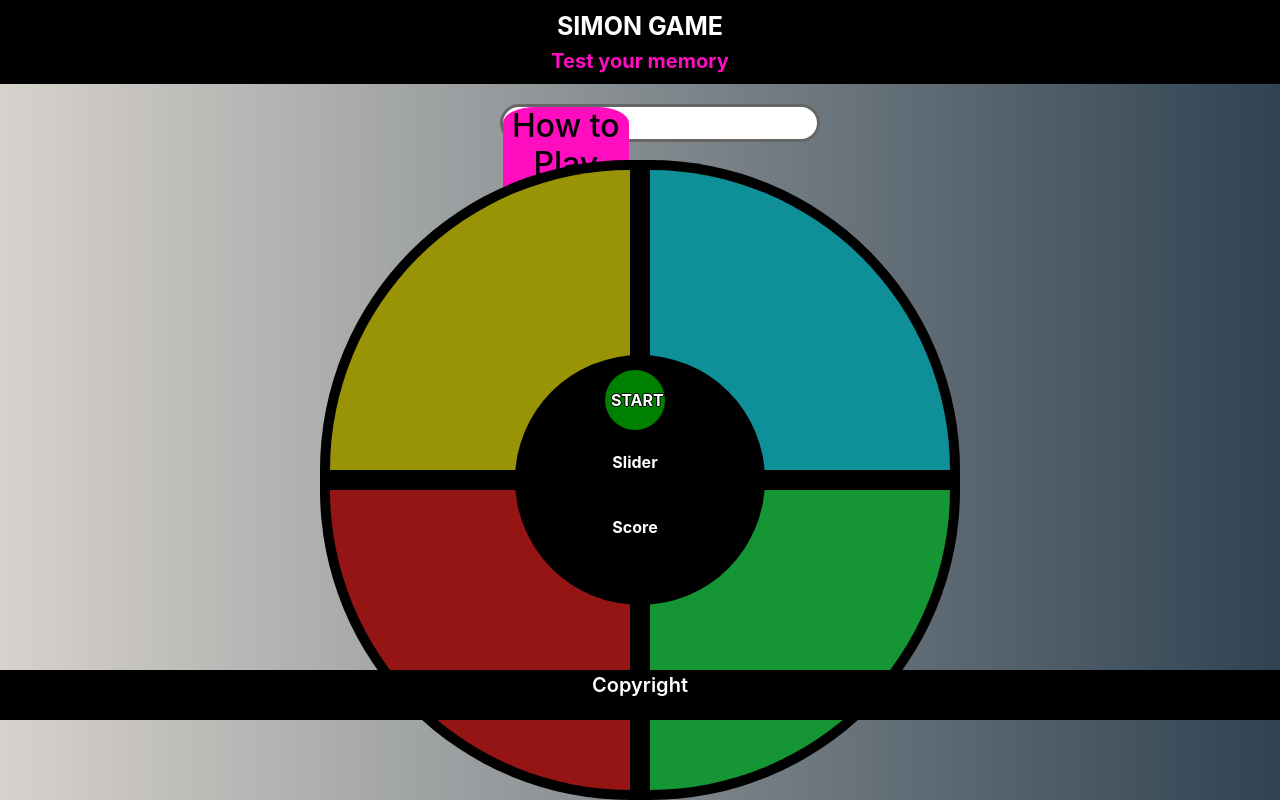
Repository: murphya14/Simon-game
Page: index.html
The author's editor kept a record of every edit. The page is drawn from the files as they stood at one moment, then again after the next edit.
The browser window is 1280 px wide. The pictures show the whole page.
After loading, the first visible `#how-to` was clicked once.

Above is the page before.

### index.html
<!DOCTYPE html>
<html lang="en">

<head>
    <meta charset="UTF-8">
    <meta name="viewport" content="width=device-width, initial-scale=1, shrink-to-fit=no">
    <meta http-equiv="X-UA-Compatible" content="ie=edge">
    <meta charset="UTF-8">

    <meta name="description" content="Simon Memory Game">
    <meta name="keywords" content="Simon Memory, Memory Game, Game, Puzzle, Fun, Challenge">
    <meta name="author" content="Aisling Murphy">
    <link rel="stylesheet" href="assets/css/style.css" type="text/css" />
    <link href="/YOUR_PATH/favicon.ico" rel="icon" type="image/x-icon" />
    <link rel="stylesheet" href=" https://stackpath.bootstrapcdn.com/font-awesome/4.7.0/css/font-awesome.min.css" type="text/css" />
    <link href="https://fonts.googleapis.com/css?family=Orbitron&display=swap" rel="stylesheet">
    <link href="https://fonts.googleapis.com/css?family=Shojumaru&effect=3d rel='stylesheet' type='text/css">
    <link rel="stylesheet" href="https://stackpath.bootstrapcdn.com/bootstrap/4.3.1/css/bootstrap.min.css" integrity="sha384-ggOyR0iXCbMQv3Xipma34MD+dH/1fQ784/j6cY/iJTQUOhcWr7x9JvoRxT2MZw1T" crossorigin="anonymous">
    <link href="data:[embedded picture, 1901 characters]"
        rel="icon" type="image/x-icon" />
    <title>Simon Game</title>


</head>

<body>
    <header>
        <nav class="navbar navbar-expand-lg flex-column container-fluid">
            <div="row">
                <div class="col-12 header">Simon Game</div>
                </div>
                <div class="row">
                    <div class="col-12 sub-heading">Test your memory</div>
                </div>
    </header>
    </nav>

<div class="wrapper">
    <div class="container flex-column">

        <div class="row">
            <div class="col center">
                <!---Aided by https://www.pair.com/support/kb/how-to-use-jquery-to-generate-modal-pop-up-when-clicked/--->

                <div class="how-to popup-overlay">
                    <!--Creates the popup content-->
                    <div id="how-to-p" class="popup-content">
                        <h2>How to Play</h2>
                        <p> This is an example pop-up that you can make using jQuery. lorem ipsum keyboard shortcuts. Select how much text you want from the menu item in Edit->Text->Lorem Ipsum or in the right click menu in Lorem Ipsum. Press the shortcut
                            key (Alt+Shift+L) to add Lorem Ipsum text. Keep pressing to add more.</p>
                        <!--popup's close button-->
                        <button class="close">Close</button>
                    </div>
                </div>
                <!--Content shown when popup is not displayed-->

                <button id="how-to" class="open how-to">How to play</button>
            </div>
        </div>
    </div>

        <!---Help from https://www.danpurdy.co.uk/tutorial/simon-says-game-in-jquery-tutorial/-->

        <div class="row">
            <div class="col">
                <div class="background-circle">
                    <div class="pad one" id="1">
                        <audio preload="auto" class="sound1" data-pad="1">
                  <source src="sounds/mp3/sounds_01.mp3" type="audio/mpeg"/>
               </audio>
                    </div>
                    <div class="pad two" id="2">
                        <audio preload="auto" class="sound2" data-pad="2">
          <source src="sounds/mp3/sounds_02.mp3" type="audio/mpeg"/>
                 </audio>
                    </div>
                    <div class="pad three" id="3">
                        <audio preload="auto" class="sound3" data-pad="3">
                <source src="sounds/mp3/sounds_03.mp3" type="audio/mpeg"/>

                </audio>
                    </div>
                    <div class="pad four" id="4">
                        <audio preload="auto" class="sound4" data-pad="4">
                  <source src="sounds/mp3/sounds_04.mp3" type="audio/mpeg"/>
                </audio>
                    </div>

                    <div class="circle">

                    <button class="center start-button" id="start">Start</button>

                    <div id="slider">Slider</div>

                    <div id="score">Score</div>

                    </div>



                </div>

            </div>

        </div>
 </div>
        <footer class="footer flex-column">
            <p class="col"> Copyright </p>
        </footer>

        <script src="https://code.jquery.com/jquery-3.3.1.slim.min.js" integrity="sha384-q8i/X+965DzO0rT7abK41JStQIAqVgRVzpbzo5smXKp4YfRvH+8abtTE1Pi6jizo" crossorigin="anonymous"></script>
        <script src="https://ajax.googleapis.com/ajax/libs/jquery/3.3.1/jquery.min.js"></script>
        <script src="https://cdnjs.cloudflare.com/ajax/libs/popper.js/1.14.7/umd/popper.min.js" integrity="sha384-UO2eT0CpHqdSJQ6hJty5KVphtPhzWj9WO1clHTMGa3JDZwrnQq4sF86dIHNDz0W1" crossorigin="anonymous"></script>
        <script src="https://stackpath.bootstrapcdn.com/bootstrap/4.3.1/js/bootstrap.min.js" integrity="sha384-JjSmVgyd0p3pXB1rRibZUAYoIIy6OrQ6VrjIEaFf/nJGzIxFDsf4x0xIM+B07jRM" crossorigin="anonymous"></script>
        <script type="text/javascript" src="assets/js/make.js"></script>
</body>

</html>

### assets/css/style.css
@import url('https://fonts.googleapis.com/css?family=Orbitron&display=swap');


body {
background-image: linear-gradient(to right, #d7d2cc 0%, #304352 100%);
/*background sourced from https://webgradients.com/*/
    height: 100%;
    font-family: 'Orbitron', sans-serif;
    font-size: 20px;
    text-align: center;
    position: relative;
    width: 100%;
    margin: auto;
}

.wrapper {
    position: relative;
    width: 640px;
    margin: 0 auto;

}




.center {
    text-align: center;
    ;
}

/*Nav/header styling*/

.navbar {background-color: black;
    color: white;
    font-weight: 700;
}

.header {
    position: fixed;
    font-size: 25px;
    text-transform: uppercase;

    text-align: center;

}

.sub-heading {
    position: fixed;
    font-size:20px;
    text-align: center;
    color: #ff0dbf;
}


/*Shapes*/

.circle {
    position: absolute;
    top: 195px;
    left: 195px;
    width: 250px;
    height: 250px;
    background: #000;
    border-radius: 125px;
    z-index: 10;
}

.background-circle {
    position: absolute;
    top: 0px;
    width: 640px;
    height: 640px;
    z-index: 0;
    background-color: black;
    border-radius: 310px;
}


.pad {

    width: 300px;
    height: 300px;
    float: left;
    z-index: 1;
    margin: 10px;
    -ms-filter: "progid:DXImageTransform.Microsoft.Alpha(Opacity=60)";
    filter: alpha(opacity=60);
    opacity: 0.6;
    /*Will be linked in JS to change*/
}



.one {
    border-top-left-radius: 300px;
    background-color: #FFF70B;
}

.two {
    float: left;
    border-top-right-radius: 300px;
    background-color: #19F0FF;
    clear: right;
}

.three {
    float: left;
    border-bottom-left-radius: 300px;
    background-color: #F92323;
    clear: left;
}

.four {
    float: left;
    border-bottom-right-radius: 300px;
    background-color: #23F955;

}

/*Buttons*/

/*Styling for modul button*/

.how-to {
    color: #0b0b0d;
    border: 5px solid #ff0dbf;
    background-color: #daddeb;
    font-weight: 600;
    border-radius: 25px;

    margin: 20px;
    text-align: center;
    cursor: pointer;
}

.how-to:hover {
    background-color: #ff0dbf;
    color: white;
    font-weight: 700;
}

#how-to-p {
    Background-color: #ff0dbf;
    border-radius: 2em 2em 2em 2em / 1em 1em 1em 1em;
    color: black;
    width: 40%;
    text-align:center;
}
/*Close button for pop up modaL*/

.popup-overlay {
  /*Hides pop-up when there is no "active" class*/
  visibility: hidden;
  position: absolute;
  background: #ffffff;
  border: 3px solid #666666;
  width: 50%;
  height: 50%;
  left: 25%;
}

.popup-overlay.active {
  /*displays pop-up when "active" class is present*/
  visibility: visible;
  text-align: center;
}

.popup-content {
  /*Hides pop-up content when there is no "active" class */
  visibility: hidden;
}

.popup-content.active {
  /*Shows pop-up content when "active" class is present */
  visibility: visible;
}


.start-button {
    width: 60px;
    height: 60px;
    background-color: green;
    border-radius: 310px;
    text-align: center;
    font-weight: 700;
    margin-left: 90px;
    margin-top: 15px;
    text-transform: uppercase;
    border: 20px;
    border-color: #0B7842;
    text-shadow: -1px 0 black, 0 1px black, 1px 0 black, 0 -1px black;
    color: white;
    cursor: pointer
}

.start-button:hover {
    background-color: #49fb35
}



#score {
    color: white;
    width: 60px;
    height: 60px;
    text-align: center;
    font-weight: 700;
    margin-left: 90px;
    margin-top: 5px;
}

#slider {    color: white;
    width: 60px;
    height: 60px;
    text-align: center;
    font-weight: 700;
    margin-left: 90px;
    margin-top: 20px;}



/*Footers*/

.footer {
    position: fixed;
    left: 0;
    bottom: 0;
    width: 100%;
    text-align: center;
    font-size: 10px;
    margin:0;
    color: white;
    background-color: black;
    height: 50px;
    font-size: 20px;
    font-weight: 600;

}

### assets/js/make.js

$(".open").on("click", function() {
  $(".popup-overlay, .popup-content").addClass("active");
});

//removes the "active" class to .popup and .popup-content when the "Close" button is clicked
$(".close, .popup-overlay").on("click", function() {
  $(".popup-overlay, .popup-content").removeClass("active");
});

After the next edit:
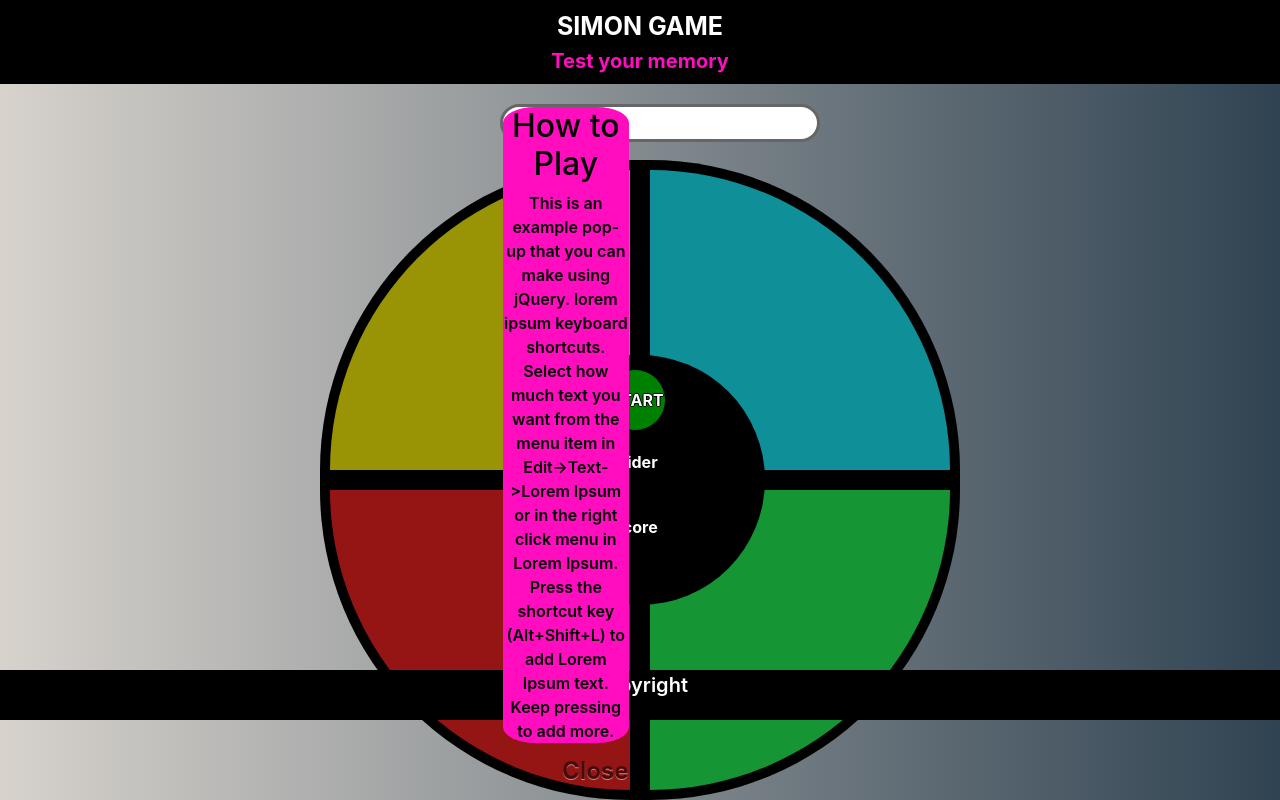
The edit:
--- a/assets/css/style.css
+++ b/assets/css/style.css
@@ -163,6 +163,7 @@
   /*displays pop-up when "active" class is present*/
   visibility: visible;
   text-align: center;
+  z-index: 10;
 }
 
 .popup-content {
